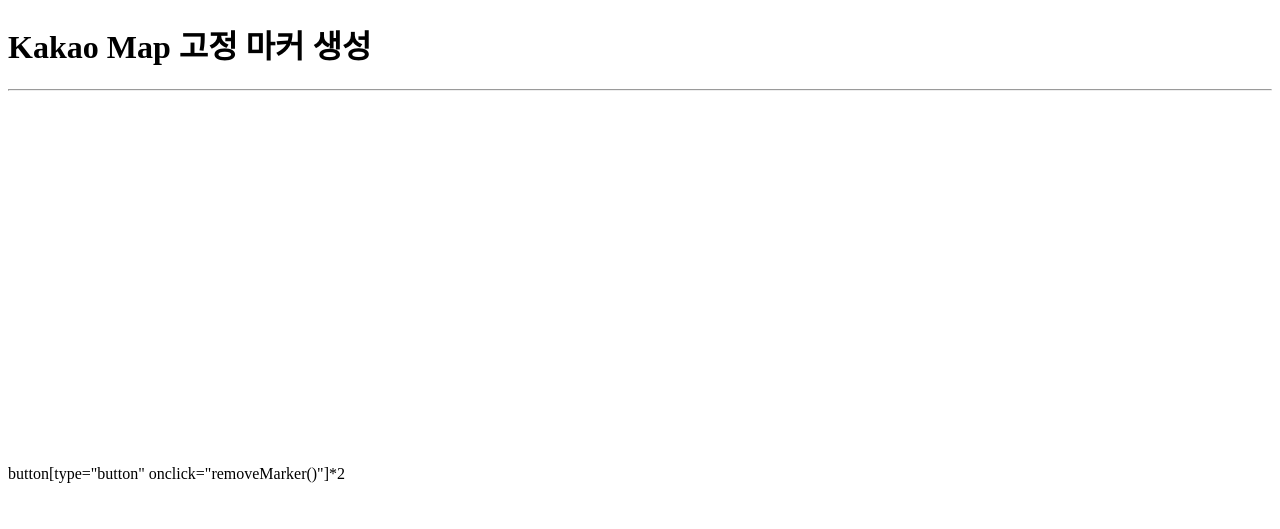
Repository: DongHyenYoo/DongHyen
Page: KakaoMapStudy/MapApp01/WebContent/MapTest013.html
These files come from the project's save history. The page is drawn as it stood at one moment and after the next save; the edit follows.
The browser window is 1280 px wide. The pictures show the whole page.

Above is the page before, as saved 2023-01-02 03:39:33.
Console error: ReferenceError: initialize is not defined

### KakaoMapStudy/MapApp01/WebContent/MapTest013.html
<!DOCTYPE html>
<html>
<head>
<meta charset="UTF-8">
<title>Insert title here</title>
</head>
<body onload="initialize()">

<div>
   <h1>Kakao Map 고정 마커 생성</h1>
   <hr>
</div>

<!-- 지도를 그릴 div 공간 확보(지정) -->
<div id="map" style="width: 100%; height: 350px;"></div>


   <p>
      button[type="button" onclick="removeMarker()"]*2
   </p>

</body>
</html>

After the next save:
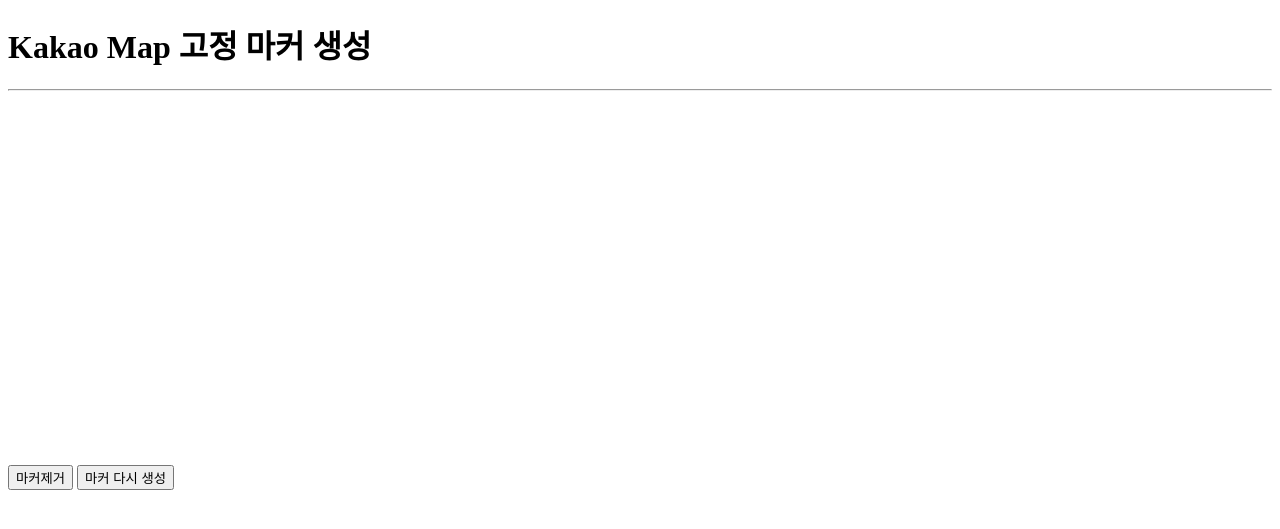
Saved 20 s later.
--- a/KakaoMapStudy/MapApp01/WebContent/MapTest013.html
+++ b/KakaoMapStudy/MapApp01/WebContent/MapTest013.html
@@ -16,7 +16,8 @@
 
 
    <p>
-      button[type="button" onclick="removeMarker()"]*2
+      <button type="button" onclick="removeMarker()">마커제거</button>
+      <button type="button" onclick="createMarker()">마커 다시 생성</button>
    </p>
 
 </body>
